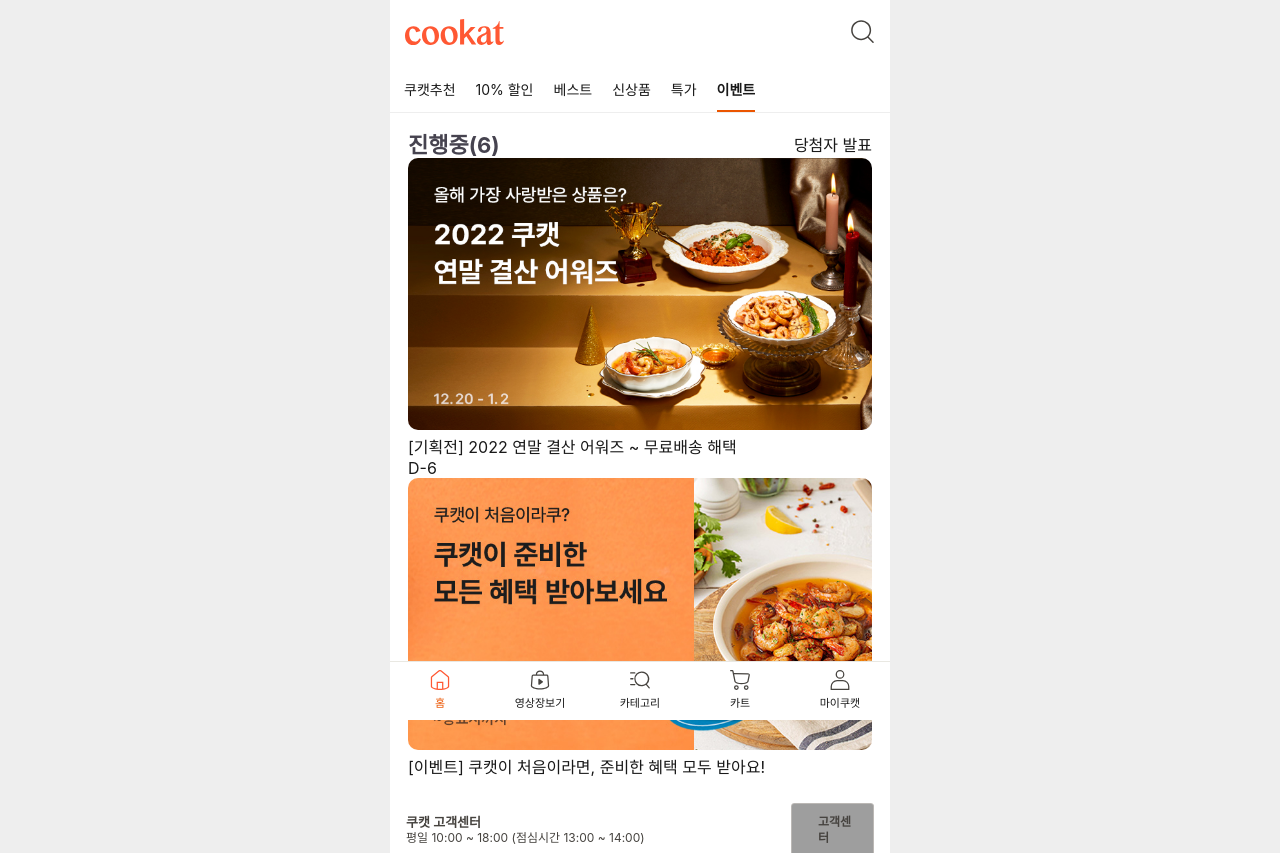
Repository: CooKat/Cookat
Page: event.html
These files come from the project's save history. The page is drawn as it stood at one moment and after the next save; the edit follows.
The browser window is 1280 px wide. The pictures show the part of the page from y = 0 to 853 px (the page is 1647 px tall before and 1642 px after).
Pictures or frames that could not be fetched are drawn as grey boxes. A picture or video elsewhere on the page could not be fetched, so the positions and the page height are approximate. Some web fonts or font styles are not loaded; a fallback is used.

Above is the page before, as saved 2022-12-27 20:41:46.
Not found: js/ex1.js

After the next save:
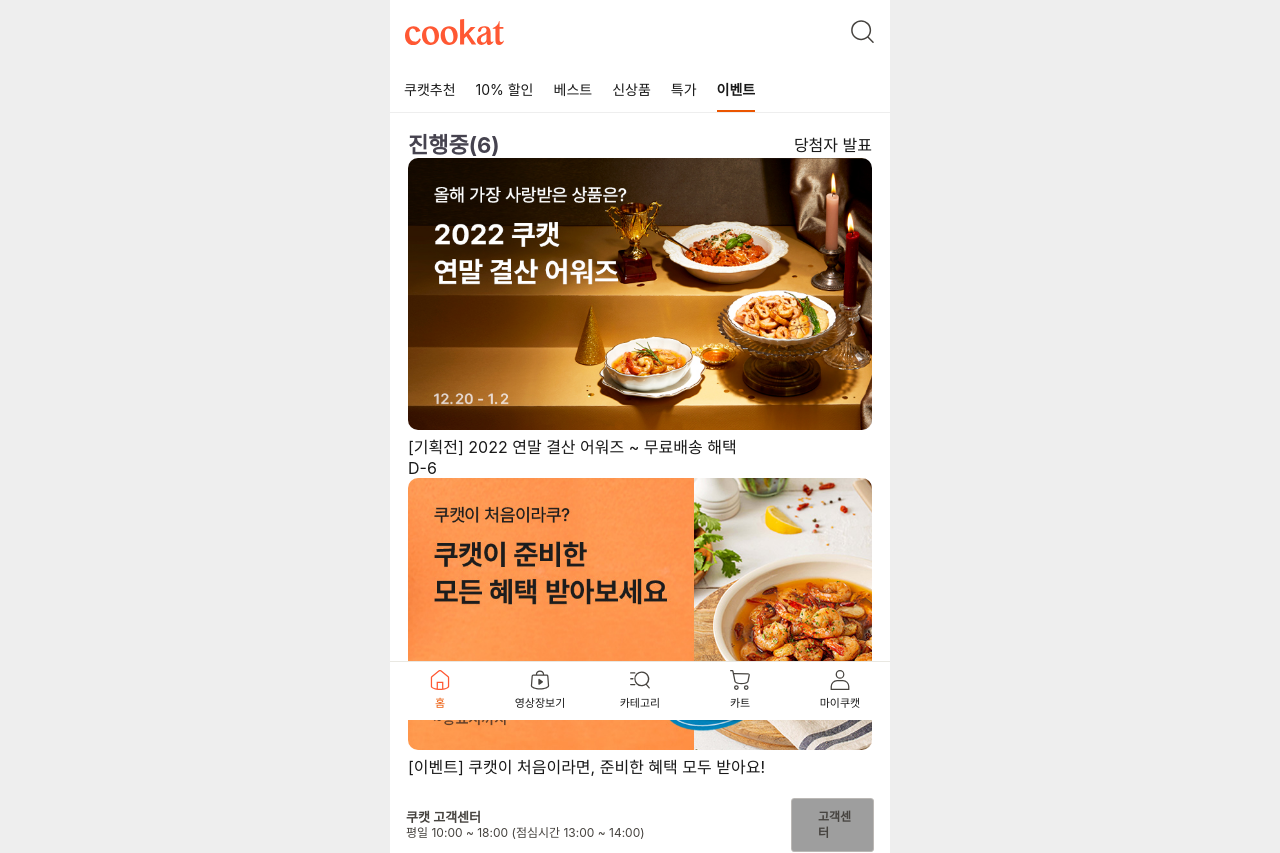
Saved 8 s later.
--- a/css/event.css
+++ b/css/event.css
@@ -2,7 +2,7 @@
   padding: 0 18px;
 }
 .event{
-  margin: 20px 0;
+  margin: 20px 0 15px 0;
 }
 
 .event-ing{
